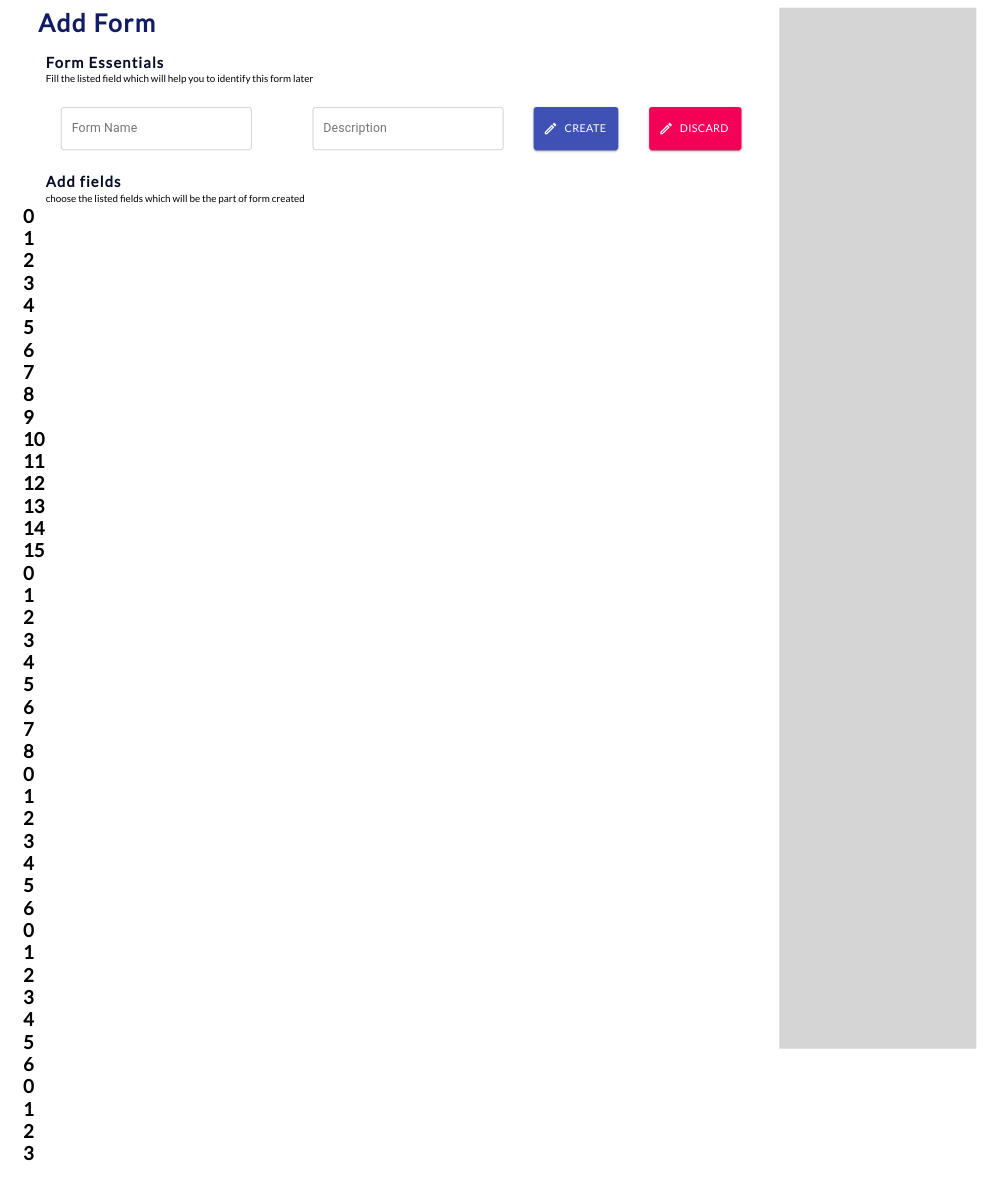
Repository: Architjain128/df
Page: /add
An editor plug-in stored every save of this project. The page is shown before and after a run of saves, followed by the edit.
The browser window is 1280 px wide. The pictures show the whole page, at 77% of full size.
The project was rebuilt for these pictures with package versions that can differ from the ones it lists, and the page was loaded fresh each time. Also part of the build but not shown: src/App.css, src/dftable.js, src/dataForm.js.

Above is the page before, as saved 2021-06-25 17:27:25.

### src/addDataForm.js
import React , {Component} from 'react';
import './dataForm.css';
import { Button,TextField } from '@material-ui/core';
import CreateOutlinedIcon from '@material-ui/icons/CreateOutlined';
import TreeData from './grace.json'






class AddDataForm extends Component{
    constructor(props){
        super(props);
        this.state={
            form_name:'',
            description:'',
            tree:"<h2>txfgvhbj</h2>",
        }
        this.listit=this.listit.bind(this)
        this.fetch_child=this.fetch_child.bind(this)
    }
    listit=(data,level)=>{
        var ro=[]
        for (var c in data) {
            ro.push(<h2>{c}</h2>);
            console.log(c)
        }
        return ro
    }

    fetch_child=(datas)=>{
        var finalrow=[]
        for(let data in datas){
            console.log(datas[data]["parameters"])
            finalrow.push(this.listit(datas[data]["parameters"],0))
        }
        this.setState({tree:finalrow})
    }
    componentDidMount(){
        this.fetch_child(TreeData)
    }
    render(){
        return (
            <>
                <div className="dataform">
                    <div className='df-create-section'>
                        <div className='df-form-gen'>
                            <div className="df-title">Add Form</div>
                            <div className="df-subtitle">Form Essentials</div>
                            <div className="df-description" >Fill the listed field which will help you to identify this form later</div>
                            <div className="df-form-ess">
                                <TextField id="outlined-basic" label="Form Name" variant="outlined" /><br/>
                                <TextField id="outlined-basic-large" label="Description" variant="outlined"/>
                                <div className="df-create2"><Button variant="contained" color="primary" startIcon={<CreateOutlinedIcon />}> Create </Button></div>
                                <div className="df-create2"><Button variant="contained" href='/' color="secondary" startIcon={<CreateOutlinedIcon />}> Discard </Button></div>
                            </div>
                            <div className="df-subtitle">Add fields</div>
                            <div className="df-description" >choose the listed fields which will be the part of form created</div>
                            <div className="df-create-section">
                                <div className="df-dnd">
                                    {this.state.tree}
                                </div>
                            </div>
                        </div>
                        <div className="df-form-pre-con">
                            <div className='df-form-pre'>

                            </div>
                        </div>
                    </div>
                    <div className="df-end" ></div>
                    <div className="df-footer" ></div>

                </div>
            </>
            );
        }
}

export default AddDataForm;

### src/dataForm.css
@import url('https://fonts.googleapis.com/css2?family=Lato&display=swap');

* {
  box-sizing: border-box;
  margin: 0;
  padding: 0;
  font-family: 'Lato', sans-serif;
}

.dataform {
  padding-left: clamp(10px,30px,5%);
  padding-top: clamp(5px,10px,3%);
  display:block;
  /* height: 90vh; */
  /* align-items: center; */
  justify-content: left;
}
.df-title{
  letter-spacing: 2px;
  font-size: clamp(1.8rem, 2.5vw, 2.8rem);
  color:#101d66;
  font-weight: bolder;
  padding-left:2%;
  padding-right:10%;
  margin-bottom: 2%;
}
.df-subtitle{
    letter-spacing: 1.5px;
    font-size: clamp(1.2rem, 1.5vw, 2rem);
    color:#060b26;
    font-weight: bold;
    padding-left:3%;
    padding-right:10%;
    margin-bottom: 0.2%;
}
.df-description{
    font-size: clamp(0.8rem, 1vw, 1.2rem);
    color:#000000;
    padding-left:3%;
    padding-right:10%;
}
.df-table{
    padding-top:3%;
    padding-bottom:3%;
    padding-left:3%;
    padding-right:10%;
    height: 460px;
}
.df-create-section{
  display: flex;
}
.df-create-section .df-subdes{
  flex-grow: 10;
}
.df-create-section .df-create{
  flex-grow: 0;
}
.df-create-section .df-form-gen{
  flex-grow: 1;
}
.df-create-section .df-form-pre-con{
  flex-grow: 1;
  margin-right: 1%;
}
.df-form-pre{
  background-color: rgb(213, 213, 213);
  height: 90%;
  width: 100%;
}
.df-create{
  /* margin-left: 10%; */
  /* padding: auto; */
  align-items: right;
  justify-content: flex-start;
  display: flex;
  padding-left:3%;
  padding-right:10%;
}
.df-create2{
  /* margin-left: 10%; */
  /* padding: auto; */
  align-items: right;
  justify-content: flex-start;
  display: flex;
  gap: 5px;
}
.df-end{
  padding-top: 3%;
  padding-left: 3%;
}
.df-footer{
  position:absolute;
  padding-left: 3%;
  bottom: 0;
}
.df-form-ess{
  padding: 3%;
  display: flex;
  justify-content: space-around;
}
.df-form-ess TextField{
  flex-grow: 5;
}
.df-form-ess Button{
  flex-grow: 1;
}
#outlined-basic{
  font-size: medium;
  width: 100%;
}
#outlined-basic-large{
  font-size: medium;
  width: 100%;
}
.flex-container {
  /* padding: 0; */
  /* margin: 0; */
  /* list-style: none; */
  /* display: flex; */
  /* justify-content: flex-start; */
}
.flex-item {
  /* padding: 5px; */
  /* width: 60px; */
  /* height: 50px; */
  /* margin: 5px; */
  /* line-height: 50px; */
  /* color: white; */
  /* font-weight: bold; */
  /* font-size: 2em; */
  /* text-align: center; */
}

Loaded but not shown: public/index.html (common file); src/index.js (common file); src/index.css (common file); src/App.js (common file); src/reportWebVitals.js (common file); src/grace.json (566 lines, source omitted)

After the next 2 saves:
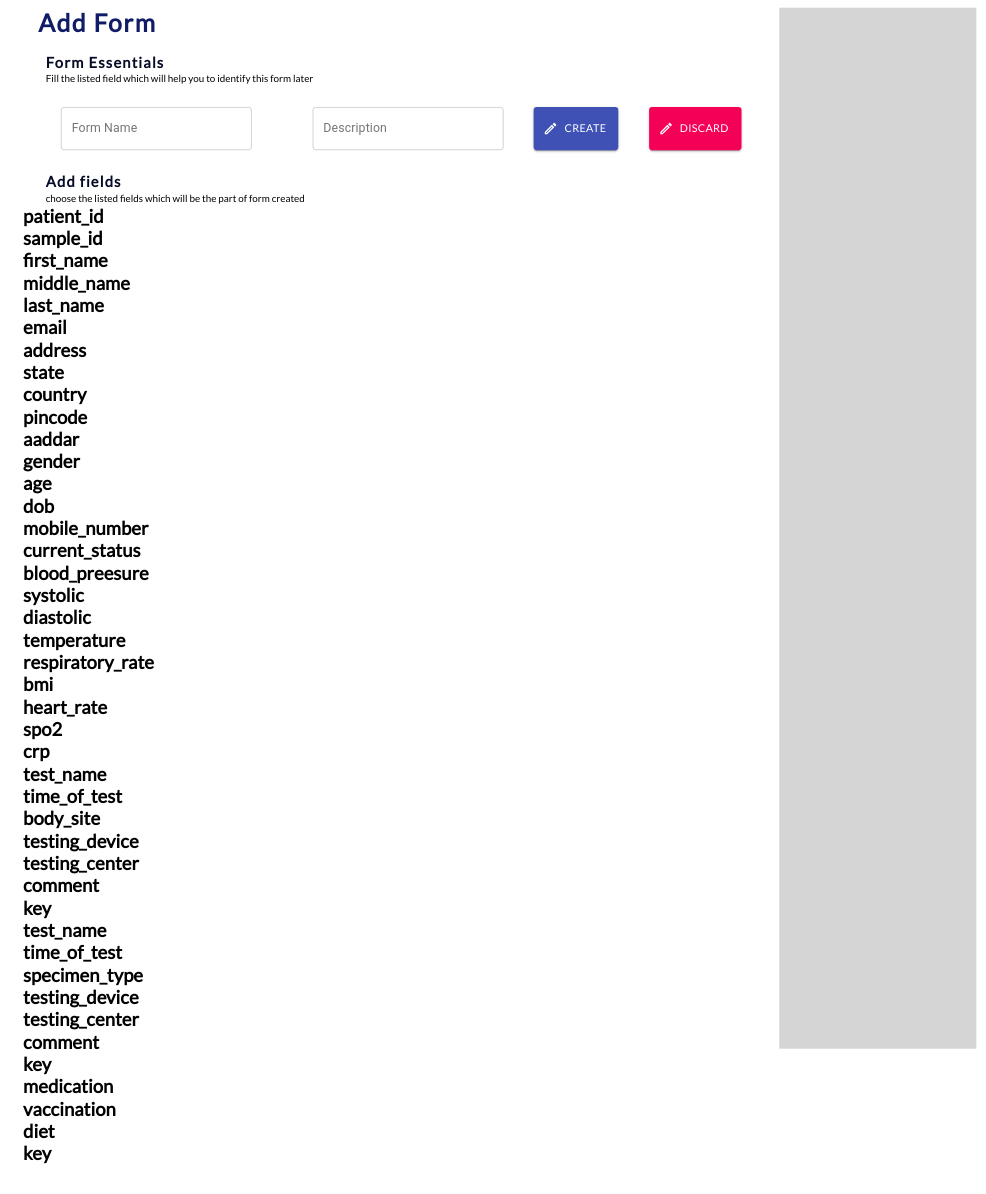
The 2 saves are shown as one change because 1 did not build or start.
The last was saved 21 s later.
--- a/src/addDataForm.js
+++ b/src/addDataForm.js
@@ -23,7 +23,7 @@ class AddDataForm extends Component{
     listit=(data,level)=>{
         var ro=[]
         for (var c in data) {
-            ro.push(<h2>{c}</h2>);
+            ro.push(<h2>{data[c]['name']}</h2>);
             console.log(c)
         }
         return ro
